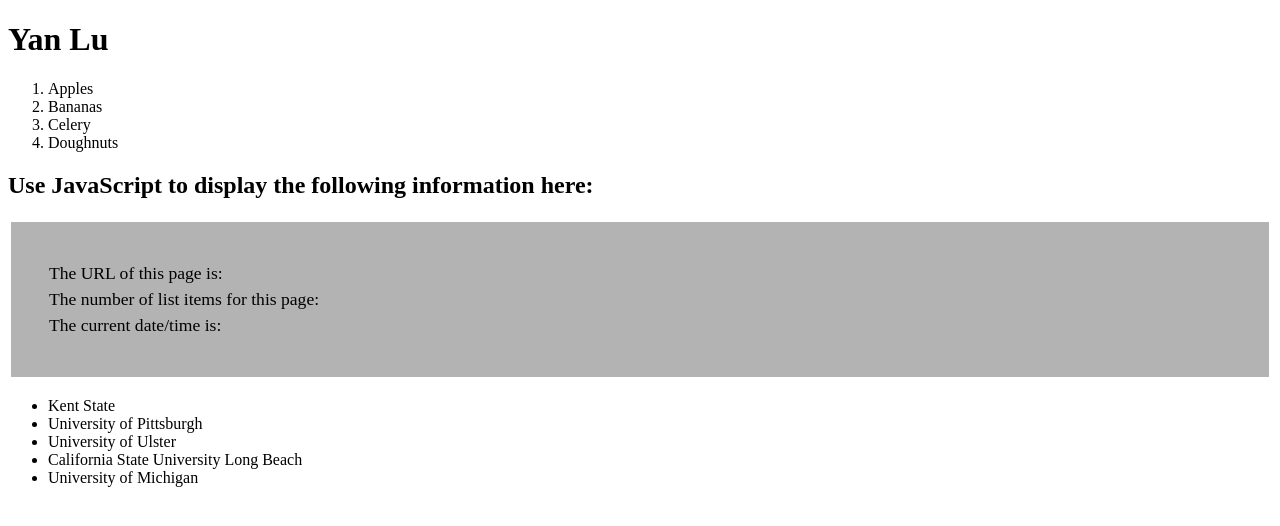
Repository: lulyany/discussionwk10
Page: 339jsDiscussionCode.html
The author's editor kept a copy of each file at every save. The page is drawn from the files as they stood at one save, then again after a run of saves.
The browser window is 1280 px wide. The pictures show the whole page.

Above is the page before, as saved 2023-11-01 20:30:32.

### 339jsDiscussionCode.html
<!DOCTYPE html>
<html lang="en">
<head>
	<meta charset="UTF-8">
	<title>JavaScript Discussion</title>
	<style>
		p{
			background-color: #b3b3b3;
			border: 3px solid #FFFFFF;
			padding: 3%;
			font-size: 1.1em;
			line-height: 1.5;
		}
	</style>

	<script type="text/javascript">
	function displayInformation () {
		// Your code goes here.
		// Do not change any other code in this file
		// All of the steps below must be achieved using JavaScript!


		// 1. Change the h1 element to your name.

		document.querySelector("h1").innerHTML = "Yan Lu";


		// 2. Update the three span elements using ONLY JavaScript



		// 3. Change the background color and margin for the entire page.



    }

    // 4. If someone uses the keyboard shortcut to copy the words "University of Michigan" then add the words "Go Blue" to the final div.
    // Each occurence should be on a separate line.  Don't use
    // paragraphs.

</script>

</head>
<body onload="displayInformation()">
	<h1>Your name goes here</h1>

	<ol>
		<li>Apples</li>
		<li>Bananas</li>
		<li>Celery</li>
		<li>Doughnuts</li>
	</ol>
	<h2>Use JavaScript to display the following information here:</h2>
	<p>
		The URL of this page is: <span id = "URL"></span><br/>
		The number of list items for this page: <span id = "items"></span><br/>
		The current date/time is: <span id = "time"></span><br/>
	</p>
	<ul>
		<li>Kent State</li>
		<li>University of Pittsburgh</li>
		<li>University of Ulster</li>
		<li>California State University Long Beach</li>
		<li oncopy="copyFunction()">University of Michigan</li>
	</ul>
	<div id="cheer">

	</div>

</body>
</html>

After the next 5 saves:
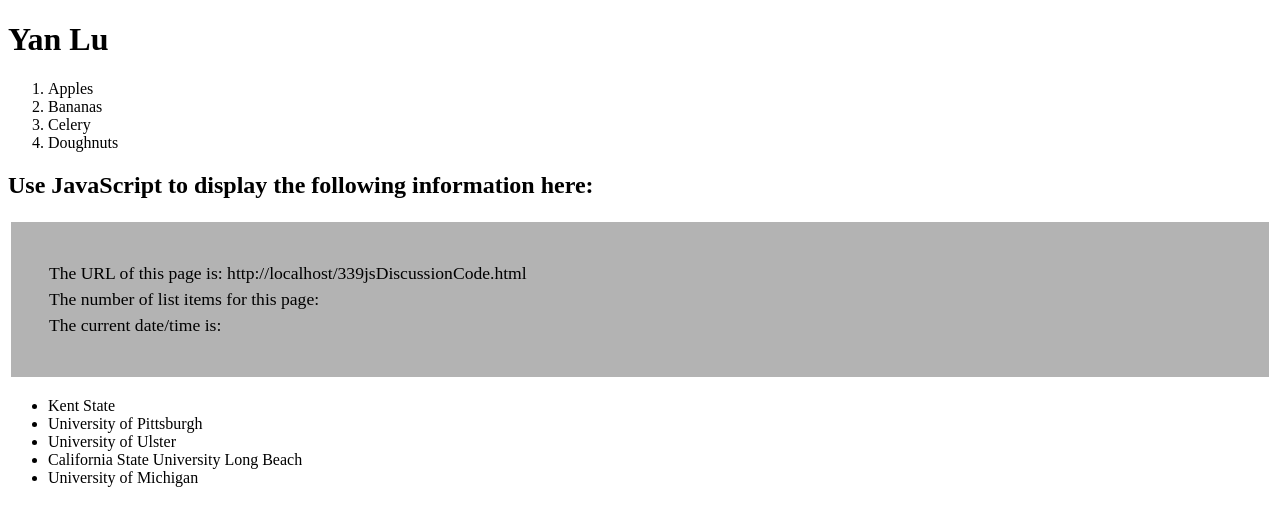
The 5 saves are shown as one change because they came seconds apart.
The last was saved 22 s later.
--- a/339jsDiscussionCode.html
+++ b/339jsDiscussionCode.html
@@ -22,12 +22,12 @@
 
 		// 1. Change the h1 element to your name.
 
-		document.querySelector("h1").innerHTML = "Yan Lu";
+		document.querySelector("h1").textContent = "Yan Lu";
 
 
 		// 2. Update the three span elements using ONLY JavaScript
 
-
+		document.getElementById("URL").innerHTML = window.location.href;
 
 		// 3. Change the background color and margin for the entire page.
 
